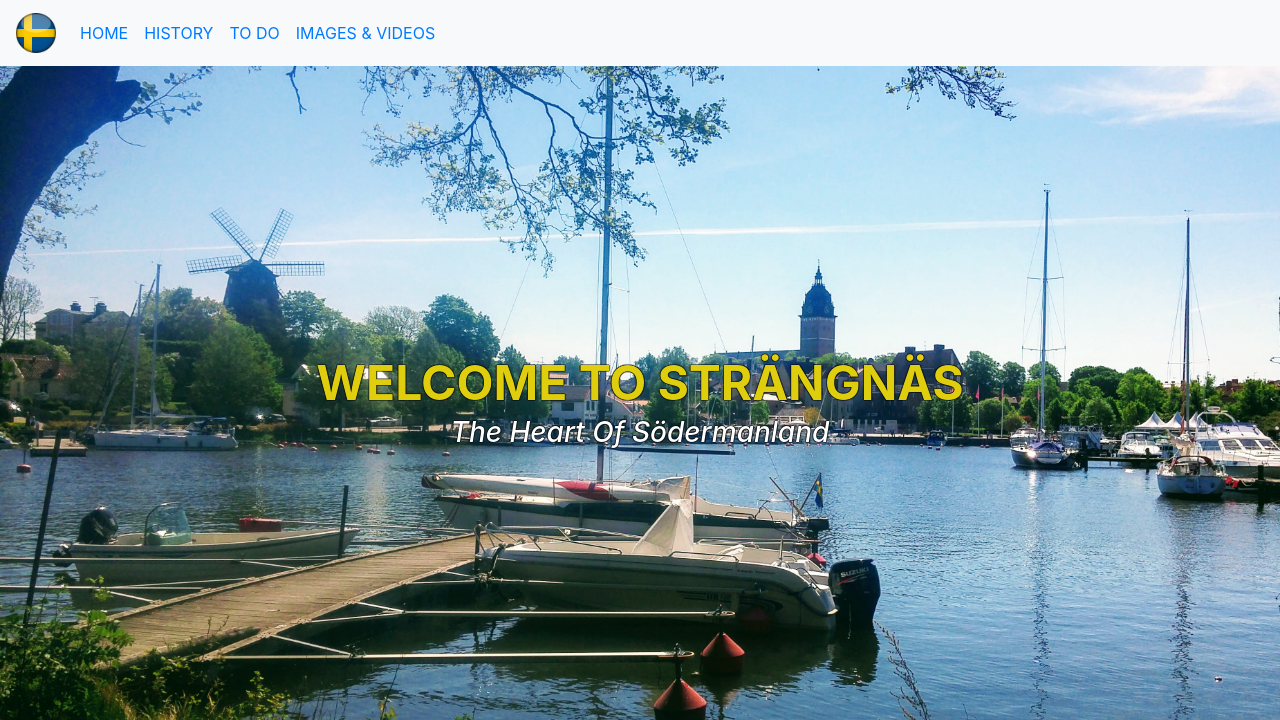
Repository: kososwede/first-project
Page: index.html
The author's editor kept a record of every edit. The page is drawn from the files as they stood at one moment, then again after the next edit.
The browser window is 1280 px wide. The pictures show the whole page.
An inner scrolling area shows only its first screen. Some web fonts or font styles are not loaded; a fallback is used.

Above is the page before.

### index.html
<!DOCTYPE html>
<html lang="en">
<head>
  <meta charset="UTF-8">
  <meta name="viewport" content="width=device-width, initial-scale=1.0">
  <meta http-equiv="X-UA-Compatible" content="ie=edge">
  <link rel="stylesheet" href="https://stackpath.bootstrapcdn.com/bootstrap/4.3.1/css/bootstrap.min.css" integrity="sha384-ggOyR0iXCbMQv3Xipma34MD+dH/1fQ784/j6cY/iJTQUOhcWr7x9JvoRxT2MZw1T" crossorigin="anonymous">
  <link rel="stylesheet" href="https://stackpath.bootstrapcdn.com/font-awesome/4.7.0/css/font-awesome.min.css" type="text/css" />
  <link rel="stylesheet" href="https://cdnjs.cloudflare.com/ajax/libs/hover.css/2.3.1/css/hover-min.css" integrity="sha256-c+C87jupO1otD1I5uyxV68WmSLCqtIoNlcHLXtzLCT0=" crossorigin="anonymous" />
  <link rel="stylesheet" href="assets/css/style.css" type="text/css" />
  <title>Welcome To Strängnäs</title>
  <title>Document</title>
</head>

<body>

  <!----------------------header-------------------------->

  <!----------nav------->

  <nav class="navbar navbar-expand-lg navbar-light bg-light">
  <a class="navbar-brand" href="index.html"><img class="image-size" src="assets/images/sweden-flag-png-1.png"></img></a>
  <button class="navbar-toggler" type="button" data-toggle="collapse" data-target="#navbarNavAltMarkup" aria-controls="navbarNavAltMarkup" aria-expanded="false" aria-label="Toggle navigation">
    <span class="navbar-toggler-icon"></span>
  </button>
  <div class="collapse navbar-collapse" id="navbarNavAltMarkup">
    <div class="navbar-nav">
      <a class="nav-item nav-link text-primary" href="index.html">HOME<span class="sr-only">(current)</span></a>
      <a class="nav-item nav-link text-primary" href="history.html">HISTORY</a>
      <a class="nav-item nav-link text-primary" href="places.html">TO DO</a>
      <a class="nav-item nav-link text-primary" href="images+videos.html">IMAGES & VIDEOS</a>
    </div>
  </div>
</nav>

<!---------------main------------------------------------>

<header class="masthead d-flex">
    <div class="container text-center my-auto">
      <h1 class="heading mb-1">WELCOME TO STRÄNGNÄS</h1>
      <h3 class="sub-heading mb-5">
        <em>The Heart Of Södermanland</em>
      </h3>
</div>
</header>




  <script src="https://code.jquery.com/jquery-3.3.1.slim.min.js" integrity="sha384-q8i/X+965DzO0rT7abK41JStQIAqVgRVzpbzo5smXKp4YfRvH+8abtTE1Pi6jizo" crossorigin="anonymous"></script>
<script src="https://cdnjs.cloudflare.com/ajax/libs/popper.js/1.14.7/umd/popper.min.js" integrity="sha384-UO2eT0CpHqdSJQ6hJty5KVphtPhzWj9WO1clHTMGa3JDZwrnQq4sF86dIHNDz0W1" crossorigin="anonymous"></script>
<script src="https://stackpath.bootstrapcdn.com/bootstrap/4.3.1/js/bootstrap.min.js" integrity="sha384-JjSmVgyd0p3pXB1rRibZUAYoIIy6OrQ6VrjIEaFf/nJGzIxFDsf4x0xIM+B07jRM" crossorigin="anonymous"></script>
</body>
</html>

### assets/css/style.css
@import url('https://fonts.googleapis.com/css?family=Sniglet&display=swap');
@import url('https://fonts.googleapis.com/css?family=Courgette&display=swap');
body,
html {
 width: 100%;
 height: 100%;
 overflow-x: hidden;
}

.image-size {
 height: 40px;
}


.masthead {
 min-height: 30rem;
 position: relative;
 display: table;
 width: 100%;
 height: 100%;
 padding-top: 0rem;
 padding-bottom: 0rem;
 background: -webkit-gradient(linear, left top, right top, from(rgba(255, 255, 255, 0.1)), to(rgba(255, 255, 255, 0.1))), url("../images/viewofstrangnas.jpg");
 background: linear-gradient(90deg, rgba(255, 255, 255, 0.1) 0%, rgba(255, 255, 255, 0.1) 100%), url("../images/viewofstrangnas.jpg");
 background-image: url(../images/viewofstrangnas.jpg);
 background-position: center center;
 background-repeat: no-repeat;
 background-size: cover;

}

h1  {
 font-weight: bolder;
 color: #dece0e;
 text-shadow: #000 0px 0px 1px, #000 0px 0px 1px, #000 0px 0px 1px,
 #000 0px 0px 1px, #000 0px 0px 1px, #000 0px 0px 1px;
 font-size: 3rem;

}

h3 {
 transition-delay: 1s;
 transition-duration: 3s;
 transition-timing-function: ease-in;
 color: #fff;
 text-shadow: #000 0px 0px 1px,   #000 0px 0px 1px,   #000 0px 0px 1px,
 #000 0px 0px 1px,   #000 0px 0px 1px,   #000 0px 0px 1px;

}

After the next edit:
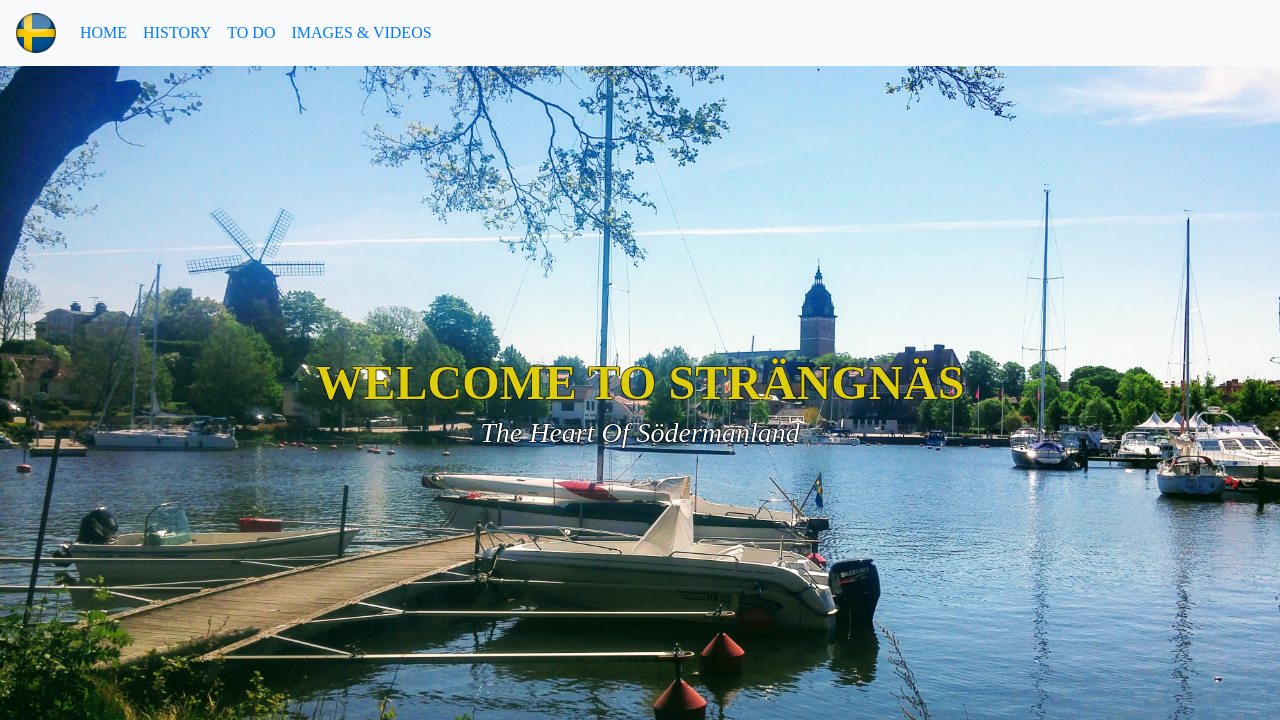
The edit:
--- a/assets/css/style.css
+++ b/assets/css/style.css
@@ -5,6 +5,10 @@
  width: 100%;
  height: 100%;
  overflow-x: hidden;
+}
+
+body {
+ font-family: 'Source Sans Pro';
 }
 
 .image-size {
